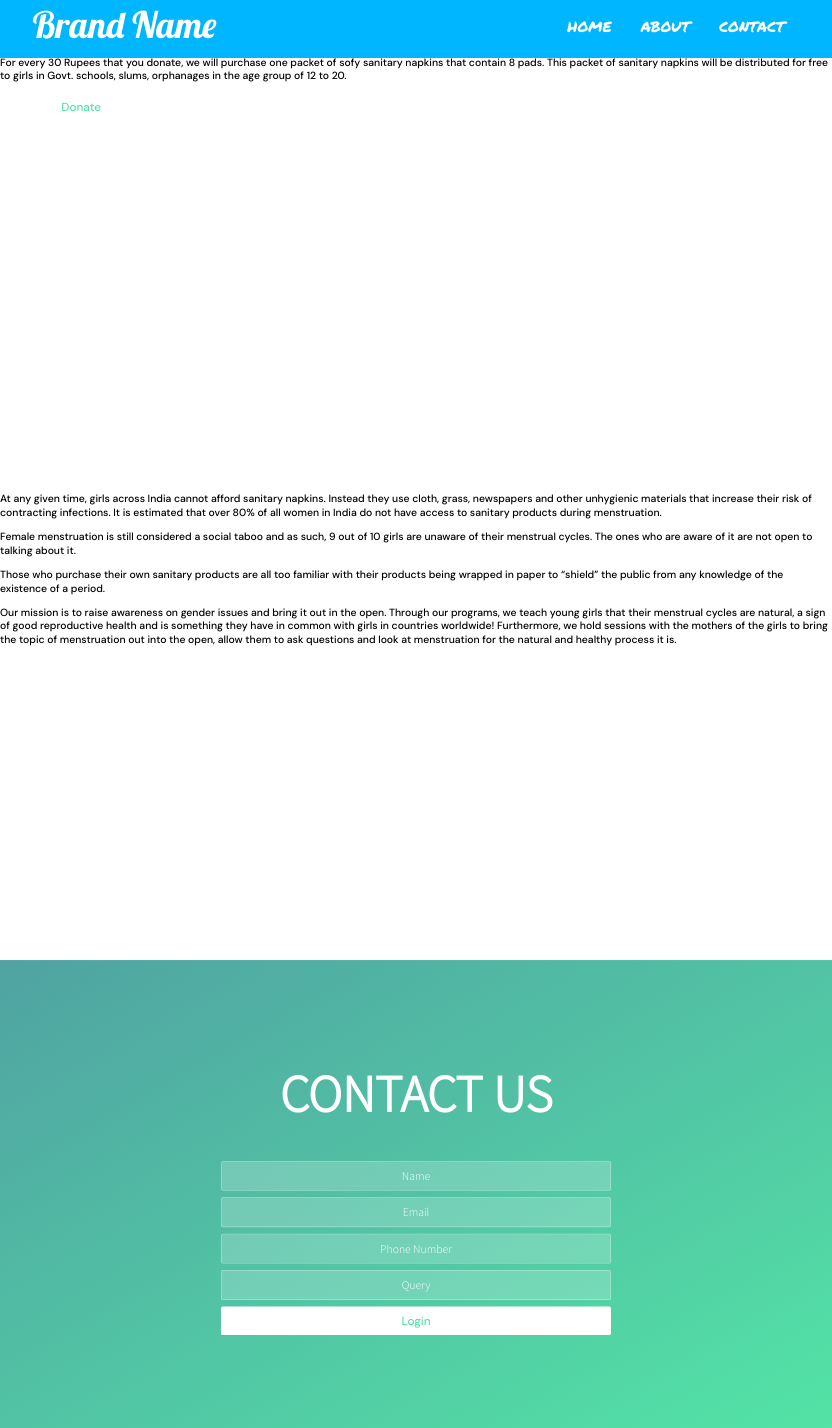
Repository: Jrap-bit/PeriodofSharing
Page: index.html
The author's editor kept a copy of each file at every save. The page is drawn from the files as they stood at one save, then again after the next save.
The browser window is 1280 px wide. The pictures show the whole page, at 65% of full size.

Above is the page before, as saved 2022-01-15 13:17:18.

After the next save:
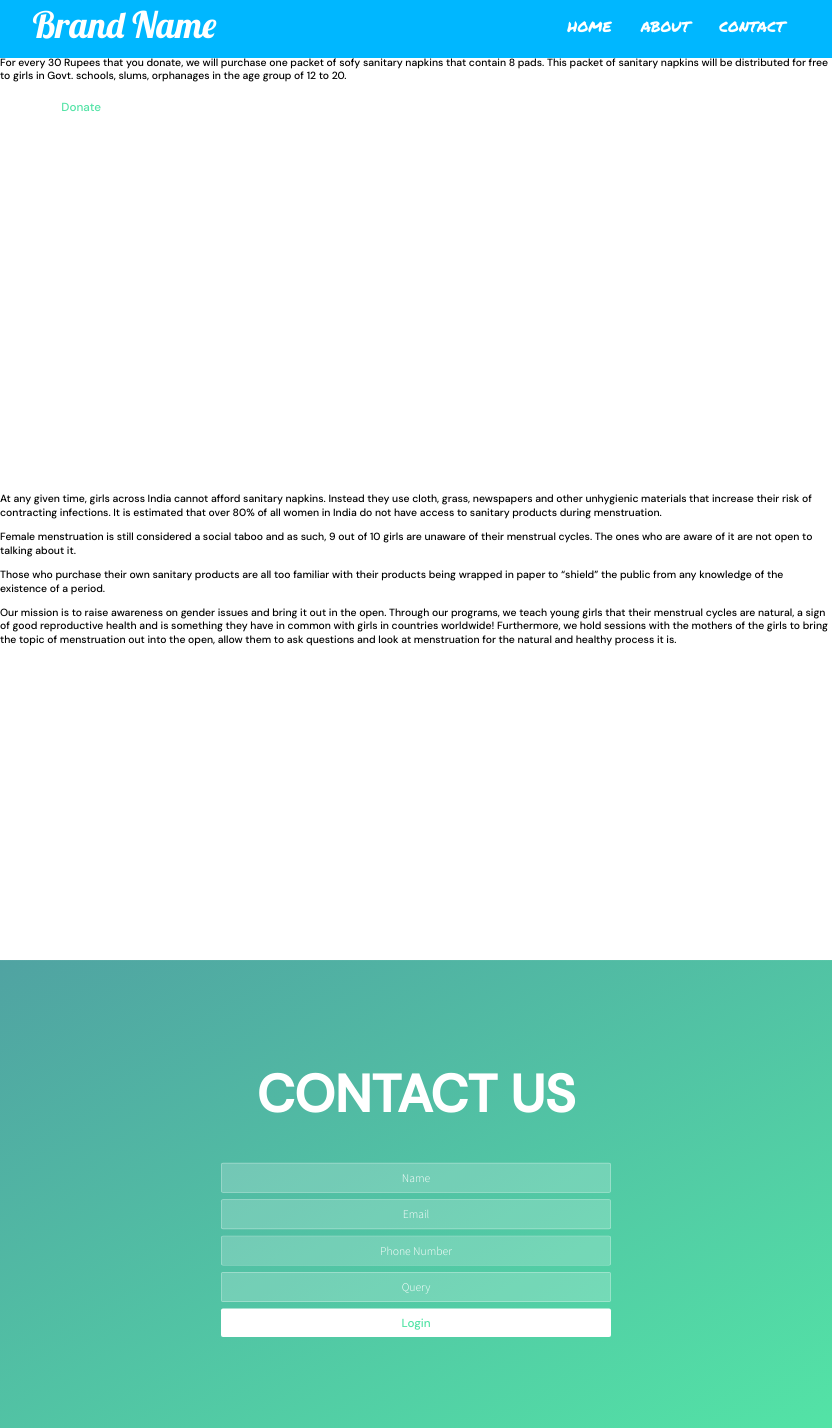
Saved 3 min 48 s later.
--- a/style.css
+++ b/style.css
@@ -69,7 +69,7 @@ body :-ms-input-placeholder {
 } */
 
 .form-header{
-    font-family: 'Source Sans Pro', sans-serif;
+    font-family: 'DM Sans', sans-serif;
     color: #fff;
     font-weight: 600;
     font-size: 5rem;
